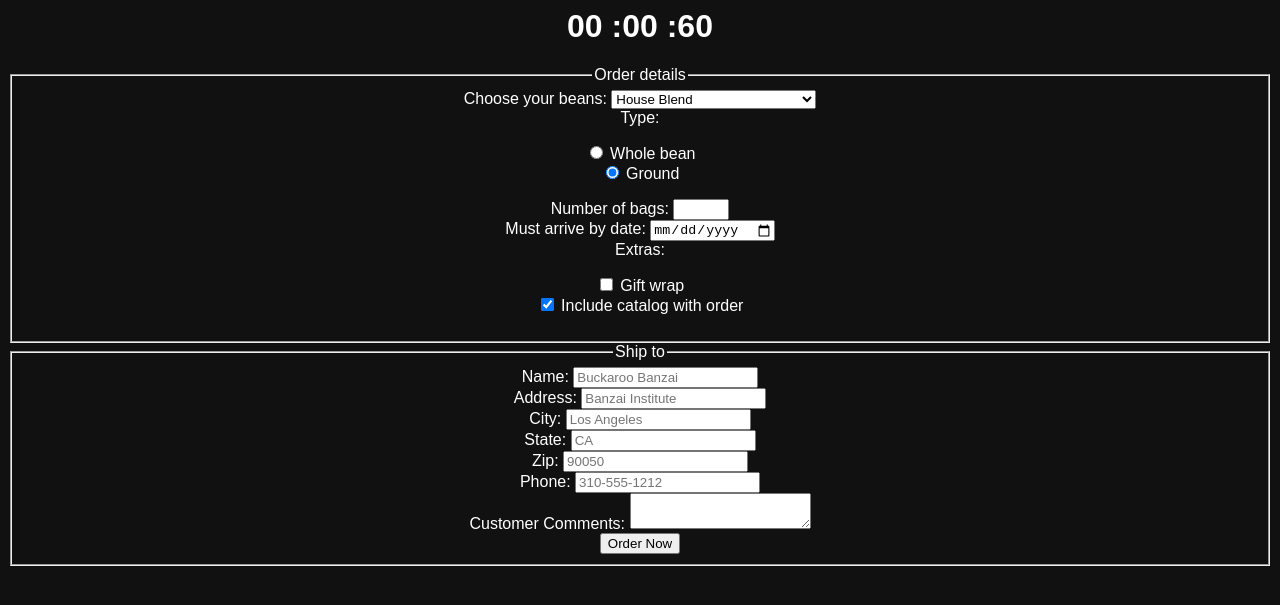
Repository: 43320888/upwork
Page: popup/index.html
An editor plug-in stored every save of this project. The page is shown before and after the next save, followed by the edit.
The browser window is 1280 px wide. The pictures show the whole page.

Above is the page before, as saved 2019-01-24 11:06:08.

After the next save:
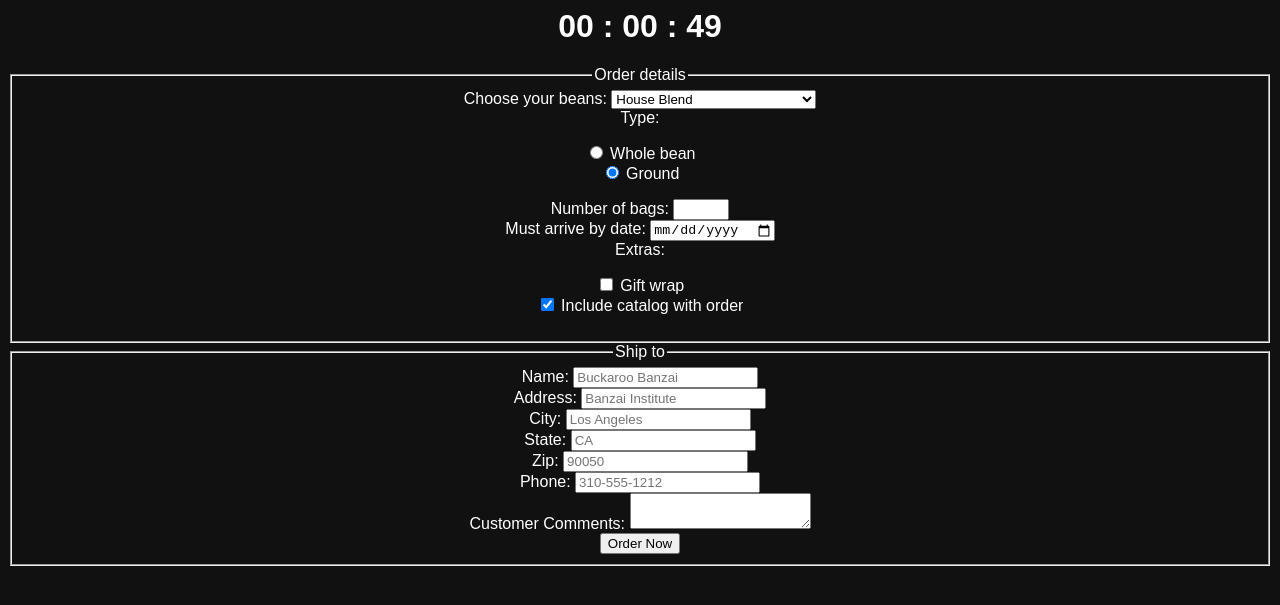
Saved 112 s later.
--- a/popup/timer.js
+++ b/popup/timer.js
@@ -1,11 +1,11 @@
 (() => {
-	const x = ['00 ', '00 ', 60];
+	const x = ['00', '00', 60];
 	const j = document.querySelector('h1 div');
 
 	const backTimer = () => {
 		if (x[2]) {
-			x[2] - 1
-			j.innerHTML = x.join(':');
+			x[2]--;
+			j.innerHTML = x.join(' : ');
 			setTimeout(backTimer, 500);
 		} else {
 			// j.innerHTML = "00:00:00";
